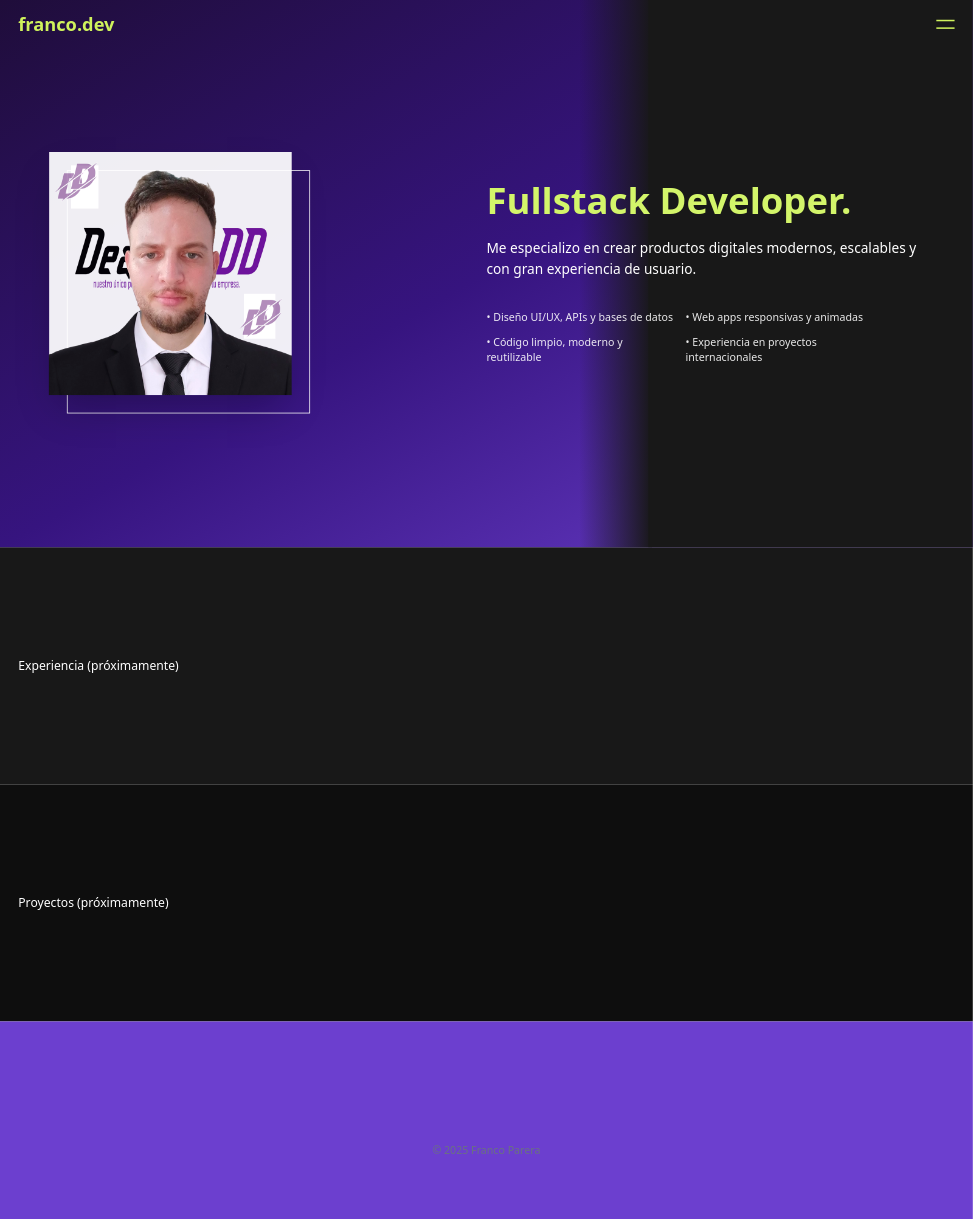
Repository: francoluca35/portfolio-franco-dev
Page: /
An editor plug-in stored every save of this project. The page is shown before and after the next save, followed by the edit.
The browser window is 1280 px wide. The pictures show the whole page, at 76% of full size.
The project was rebuilt for these pictures with package versions that can differ from the ones it lists, and the page was loaded fresh each time. The framework's server and built-in components were replaced by stand-ins that run in the browser. Also part of the build but not shown: next.config.js.

Above is the page before, as saved 2025-05-06 01:37:30.

### app/layout.jsx
import Nav from "../components/Nav";
import "../styles/globals.css";

export const metadata = {
  title: "Franco Parera | Desarrollador Web Fullstack",
  description:
    "Portfolio de Franco Parera, desarrollador web especializado en React, Next.js y soluciones escalables.",
  keywords:
    "desarrollador web, portfolio, frontend, backend, next.js, react, diseño web, SEO, Buenos Aires",
  authors: [{ name: "Franco Parera" }],
  creator: "Franco Parera",
  openGraph: {
    title: "Franco Parera | Desarrollador Web",
    description:
      "Conocé mis proyectos como desarrollador web fullstack. Diseño moderno, rendimiento y SEO.",
    url: "https://tusitio.com",
    siteName: "Franco Parera | Portfolio",
    images: [
      {
        url: "https://tusitio.com/og-image.jpg",
        width: 1200,
        height: 630,
        alt: "Imagen portfolio Franco",
      },
    ],
    locale: "es_AR",
    type: "website",
  },
  twitter: {
    card: "summary_large_image",
    title: "Franco Parera | Desarrollador Web",
    description:
      "Portfolio profesional de Franco Parera con proyectos reales, experiencia y habilidades técnicas.",
    images: ["https://tusitio.com/og-image.jpg"],
  },
};

export default function RootLayout({ children }) {
  return (
    <html lang="es">
      <head>
        <meta name="viewport" content="width=device-width, initial-scale=1" />
        <link rel="icon" href="/favicon.ico" />
      </head>
      <body className="antialiased scroll-smooth">
        <Nav />
        <div className="pt-20">{children}</div>{" "}
      </body>
    </html>
  );
}

### app/page.jsx
import Hero from "../components/Hero";
import Experience from "../components/Experience";
import Projects from "../components/Projects";
import Footer from "../components/Footer";

export default function HomePage() {
  return (
    <main>
      <section id="inicio">
        <Hero />
      </section>

      <section id="experiencia" className="bg-[#181818] text-white py-20 px-6">
        <Experience />
      </section>

      <section id="proyectos" className="bg-[#0E0E0E] text-white py-20 px-6">
        <Projects />
      </section>

      <section id="contacto" className="bg-[#6C3FCF] text-white py-20 px-6">
        <Footer />
      </section>
    </main>
  );
}

### components/Nav.jsx
"use client";

import { useState, useEffect } from "react";
import Link from "next/link";
import { motion, AnimatePresence } from "framer-motion";

export default function Nav() {
  const [isOpen, setIsOpen] = useState(false);
  const [scrolled, setScrolled] = useState(false);

  useEffect(() => {
    const handleScroll = () => {
      setScrolled(window.scrollY > 10);
    };
    window.addEventListener("scroll", handleScroll);
    return () => window.removeEventListener("scroll", handleScroll);
  }, []);

  return (
    <>
      {/* Navbar superior */}
      <nav
        className={`fixed w-full px-6 py-4 flex justify-between items-center z-50 transition-colors duration-300 ${
          scrolled ? "bg-[#570c6c4b] shadow-lg" : "bg-transparent"
        }`}
      >
        <h1 className="text-2xl font-bold text-[#CFF25C]">franco.dev</h1>

        <button onClick={() => setIsOpen(true)} className="space-y-2">
          <span className="block w-6 h-0.5 bg-[#CFF25C]"></span>
          <span className="block w-6 h-0.5 bg-[#CFF25C]"></span>
        </button>
      </nav>

      {/* Menú fullscreen */}
      <AnimatePresence>
        {isOpen && (
          <motion.div
            initial={{ opacity: 0 }}
            animate={{ opacity: 1 }}
            exit={{ opacity: 0 }}
            className="fixed inset-0 bg-[#6C3FCF] text-white flex flex-col items-center justify-center text-5xl font-extrabold z-50"
          >
            <button
              onClick={() => setIsOpen(false)}
              className="absolute top-6 right-8 text-lg font-bold"
            >
              close
            </button>

            <ul className="space-y-8 text-center">
              <li>
                <Link href="#inicio" onClick={() => setIsOpen(false)}>
                  INICIO
                </Link>
              </li>
              <li>
                <Link href="#experiencia" onClick={() => setIsOpen(false)}>
                  EXPERIENCIA
                </Link>
              </li>
              <li>
                <Link href="#proyectos" onClick={() => setIsOpen(false)}>
                  PROYECTOS
                </Link>
              </li>
              <li>
                <Link href="#contacto" onClick={() => setIsOpen(false)}>
                  CONTACTO
                </Link>
              </li>
            </ul>

            <div className="text-sm font-light mt-16 flex gap-8">
              <a
                href="https://linkedin.com/in/francoparera"
                target="_blank"
                rel="noopener noreferrer"
              >
                LinkedIn
              </a>
              <a
                href="https://twitter.com"
                target="_blank"
                rel="noopener noreferrer"
              >
                Twitter
              </a>
            </div>
          </motion.div>
        )}
      </AnimatePresence>
    </>
  );
}

### components/Hero.jsx
"use client";
import { motion } from "framer-motion";
import Image from "next/image";

export default function Hero() {
  return (
    <section className="-mt-20 relative w-full min-h-screen text-white flex items-center justify-center sm:px-12 py-20 bg-gradient-to-br from-[#1f0d3a] via-[#36147f] to-[#6C3FCF]">
      {/* Fondo negro a la derecha */}
      <div className="hidden md:block absolute top-0 right-0 w-1/3 h-full bg-[#181818] z-0" />

      {/* Difuminado entre violeta y negro */}
      <div className="hidden md:block absolute top-0 right-[33%] w-24 h-full bg-gradient-to-r from-transparent to-[#181818] z-10" />

      {/* Contenido */}
      <div className="relative z-20 max-w-6xl w-full flex flex-col items-center md:flex-row md:items-center md:justify-between gap-10 md:gap-0">
        {/* Imagen arriba en mobile, a la derecha en desktop */}
        <motion.div
          initial={{ opacity: 0, scale: 0.95 }}
          animate={{ opacity: 1, scale: 1 }}
          transition={{ duration: 0.6 }}
          className="relative flex justify-center"
        >
          {/* Cuadro blanco detrás */}
          <div className="absolute top-6 left-6 w-60 h-60 md:w-80 md:h-80 border border-white z-0" />

          {/* Imagen principal */}
          <div className="relative w-60 h-60 md:w-80 md:h-80 shadow-2xl overflow-hidden z-10">
            <Image
              src="/assets/yo-franco.png"
              alt="Foto de Franco"
              fill
              className="object-cover"
              priority
            />
          </div>
        </motion.div>

        {/* Texto debajo en mobile, izquierda en desktop */}
        <div className="text-center md:text-left md:w-1/2 space-y-6">
          <motion.h1
            initial={{ opacity: 0, y: 20 }}
            animate={{ opacity: 1, y: 0 }}
            transition={{ duration: 0.6 }}
            className="text-4xl sm:text-5xl font-extrabold text-[#D3F56A]"
          >
            Fullstack Developer.
          </motion.h1>

          <motion.p
            initial={{ opacity: 0, y: 20 }}
            animate={{ opacity: 1, y: 0 }}
            transition={{ delay: 0.2, duration: 0.6 }}
            className="text-base sm:text-lg text-white max-w-xl mx-auto md:mx-0"
          >
            Me especializo en crear productos digitales modernos, escalables y
            con gran experiencia de usuario.
          </motion.p>

          <div className="grid grid-cols-1 sm:grid-cols-2 gap-3 text-sm text-white/90 max-w-lg mx-auto md:mx-0 pt-4">
            <p>• Diseño UI/UX, APIs y bases de datos</p>
            <p>• Web apps responsivas y animadas</p>
            <p>• Código limpio, moderno y reutilizable</p>
            <p>• Experiencia en proyectos internacionales</p>
          </div>
        </div>
      </div>
    </section>
  );
}

### components/Experience.jsx
export default function Experience() { return <section className="my-16">Experiencia (próximamente)</section>; }

### components/Projects.jsx
export default function Projects() { return <section className="my-16">Proyectos (próximamente)</section>; }

### components/Footer.jsx
export default function Footer() { return <footer className="mt-20 text-center text-sm text-gray-500">© 2025 Franco Parera</footer>; }

### tailwind.config.js
/** @type {import('tailwindcss').Config} */
module.exports = {
  content: [
    "./app/**/*.{js,ts,jsx,tsx}",
    "./components/**/*.{js,ts,jsx,tsx}",
  ],
  darkMode: 'class',
  theme: {
    extend: {},
  },
  plugins: [],
}

Loaded but not shown: styles/globals.css (common file)

After the next save:
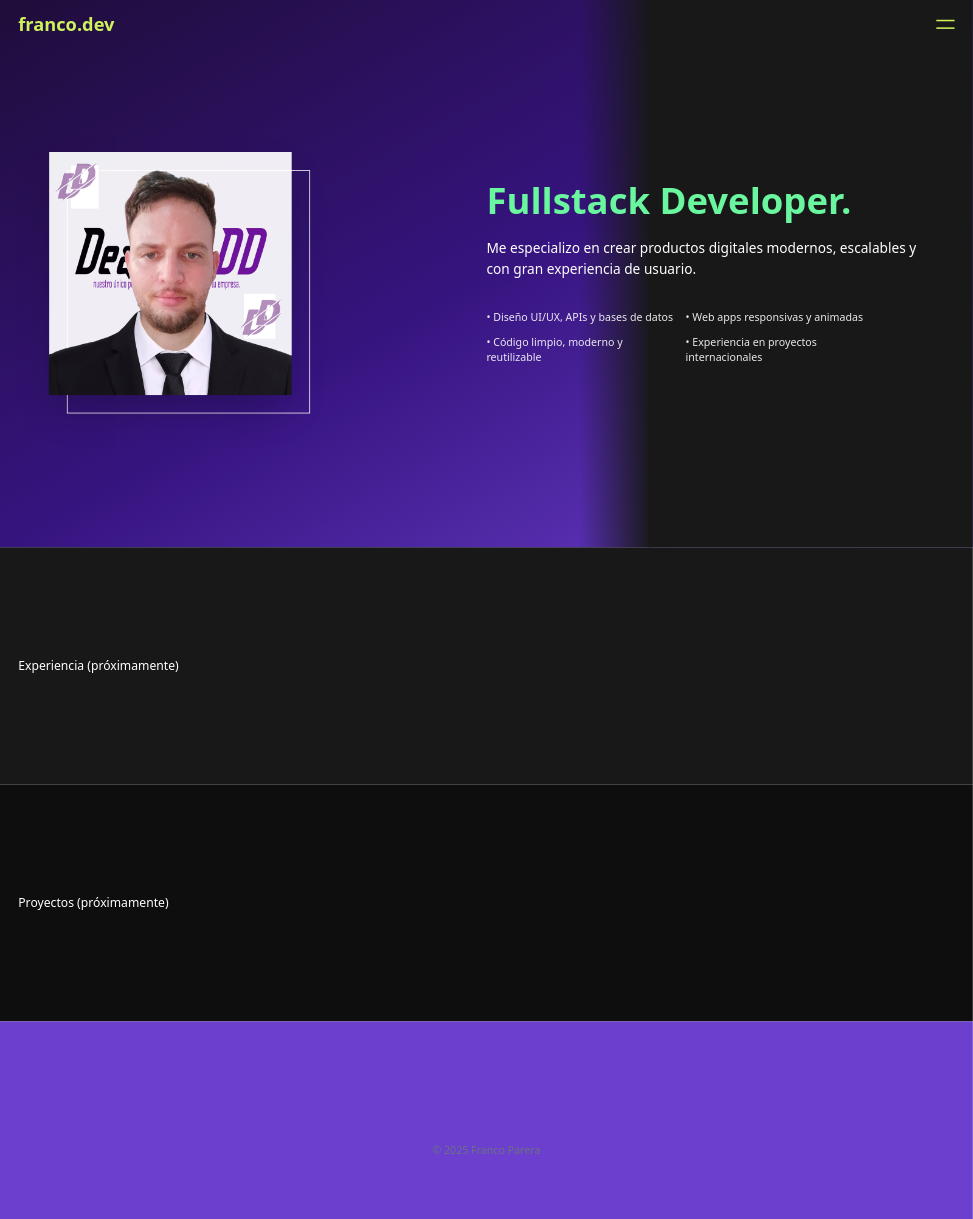
Saved 39 s later.
--- a/components/Hero.jsx
+++ b/components/Hero.jsx
@@ -41,7 +41,7 @@ export default function Hero() {
             initial={{ opacity: 0, y: 20 }}
             animate={{ opacity: 1, y: 0 }}
             transition={{ duration: 0.6 }}
-            className="text-4xl sm:text-5xl font-extrabold text-[#D3F56A]"
+            className="text-4xl sm:text-5xl font-extrabold text-[#6af59f]"
           >
             Fullstack Developer.
           </motion.h1>
